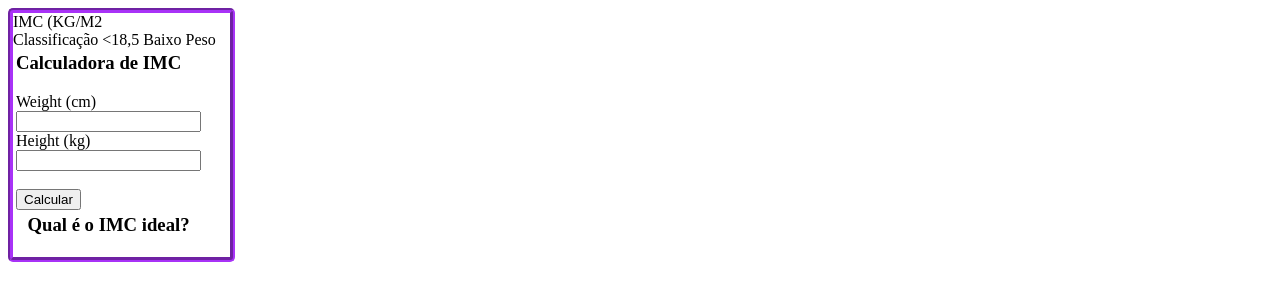
Repository: Patriciamativi/Projetos
Page: index.html
The author's editor kept a copy of each file at every save. The page is drawn from the files as they stood at one save, then again after the next save.
The browser window is 1280 px wide. The pictures show the whole page.

Above is the page before, as saved 2022-11-21 15:18:00.

### index.html
<html>
    <head>
        <title>Calculadora de IMC</title>
        <meta charset="utf-8"/>

        <style type="text/css">

            p {
                border: 5px groove rgb(168, 50, 247);
                border-radius: 5px;
                width: 217px;
            }
            td {

                /*background-color: rgb(216, 166, 240);*/
            }

        </style>
    </head>
   <p>
<table border="0">
    <body>
         <tr>
            <td> <h3>Calculadora de IMC</h3>

            Weight (cm)<br/>
            <input type: "number" > </br>

            Height (kg)<br/>
            <input type: "number" > </br> </br>

            <input type= "submit" value="Calcular"> </td> </tr>

                <th> <h3>Qual é o IMC ideal?</h3></th>

                <th></th>IMC (KG/M2<br/>  Classificação
                <18,5            Baixo Peso


    </table>
</p>



</body>
</html>

After the next save:
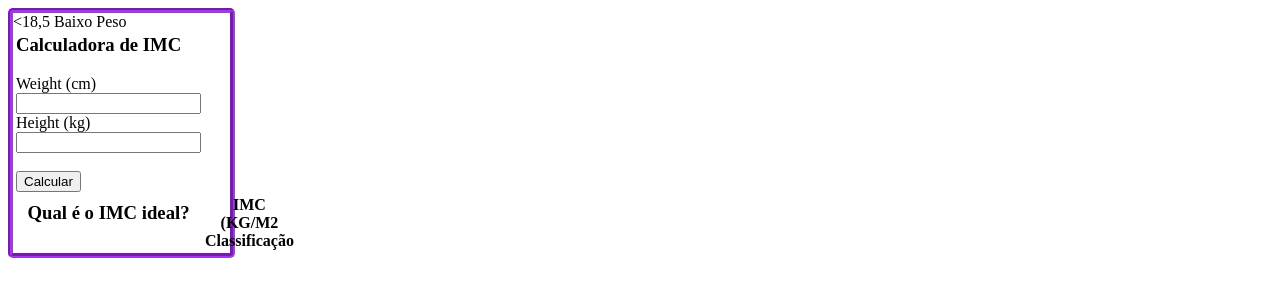
Saved 5 s later.
--- a/index.html
+++ b/index.html
@@ -33,7 +33,7 @@
 
                 <th> <h3>Qual é o IMC ideal?</h3></th>
 
-                <th></th>IMC (KG/M2<br/>  Classificação
+                <th>IMC (KG/M2<br/>  Classificação</th>
                 <18,5            Baixo Peso
 
 
